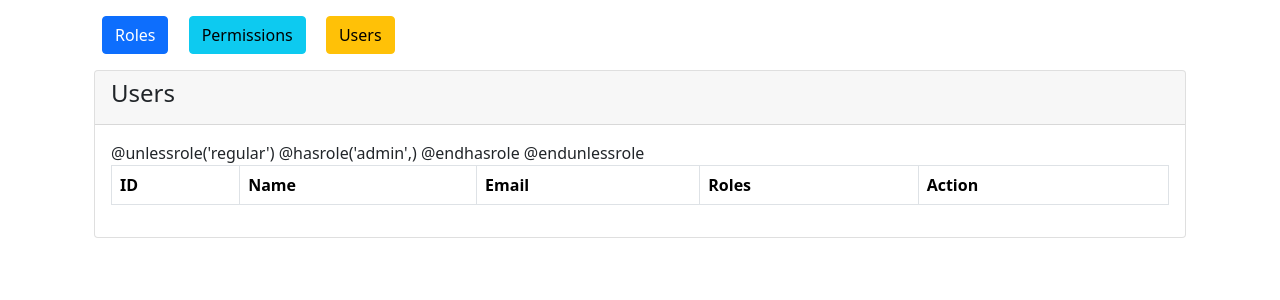
Repository: viisantos/permission_demo
Page: http://localhost/users
An editor plug-in stored every save of this project. The page is shown before and after the next save, followed by the edit.
The browser window is 1280 px wide. The pictures show the whole page.
The page is served by the project's Laravel application, run on PHP 8.4 with Laravel 10. Other server files are loaded and not shown. Queries for data that is not in the repository find no rows.

Above is the page before, as saved 2024-06-22 17:52:39.

### routes/web.php
<?php

use App\Http\Controllers\ProfileController;
use Illuminate\Support\Facades\Route;

/*
|--------------------------------------------------------------------------
| Web Routes
|--------------------------------------------------------------------------
|
| Here is where you can register web routes for your application. These
| routes are loaded by the RouteServiceProvider and all of them will
| be assigned to the "web" middleware group. Make something great!
|
*/

Route::get('/', function () {
    return view('welcome');
});

Route::get('/dashboard', function () {
    return view('dashboard');
})->middleware(['auth', 'verified'])->name('dashboard');

/*
Route::middleware('auth')->group(function () {

});*/

Route::group(['middleware' => ['role:super-admin|admin|regular']], function () {
    Route::get('/profile', [ProfileController::class, 'edit'])->name('profile.edit');
    Route::patch('/profile', [ProfileController::class, 'update'])->name('profile.update');
    Route::delete('/profile', [ProfileController::class, 'destroy'])->name('profile.destroy');
    Route::name('profile.destroy')->middleware('permission:delete role');
    Route::resource('permissions', App\Http\Controllers\PermissionController::class);
    //Route::get('permissions/{permissionId}/delete', [App\Http\Controllers\PermissionController::class, 'destroy']);
    Route::resource('roles', App\Http\Controllers\RoleController::class);
   // Route::get('roles/{roleId}/delete', [App\Http\Controllers\RoleController::class, 'destroy']);
    Route::get('roles/{role}/add-permissions', [App\Http\Controllers\RoleController::class, 'addPermissionToRole'])->name('roles.add-permissions');
    Route::put('roles/{role}/give-permissions', [App\Http\Controllers\RoleController::class, 'givePermissionToRole'])->name('roles.give-permissions');
    Route::resource('users', App\Http\Controllers\UserController::class);
    //Route::get('users/{userId}/delete', [App\Http\Controllers\UserController::class, 'destroy']);
});

require __DIR__.'/auth.php';

### app/Http/Controllers/UserController.php
<?php

namespace App\Http\Controllers;

use Illuminate\Http\Request;
use App\Models\User;
use Illuminate\Support\Facades\Hash;
use Spatie\Permission\Models\Role;

class UserController extends Controller
{
    public function __construct(){
        $this->middleware('permission:delete user', ['only' => ['destroy']]);
        $this->middleware('permission:update user', ['only' => ['update','edit']]);
        $this->middleware('permission:view user',   ['only' => ['index','show']]);
        $this->middleware('permission:create user', ['only' => ['create','store']]);
    }
    public function index(){
        $users = User::get();
        return view('role-permission.user.index', compact('users'));
    }

    public function create(){
        $roles = Role::pluck('name','name')->all();
        return view('role-permission.user.create', compact('roles'));
    }
    public function store(Request $request){
      /*
        $request->validate([
            'name' => 'required|string|max:255',
            'email' => 'required|email|max:255',
            'password' => 'required|string|min:8|max:20',
            'roles' => 'required'
        ]);*/


        $user = User::create([
            'name'  => $request->name,
            'email' => $request->email,
            'password' => Hash::make($request->password),
        ]);


        $user->syncRoles($request->roles);


        return redirect('/users')->with('status','User created successfully with roles');

    }

    public function edit(User $user){
        $roles = Role::pluck('name','name')->all();
        $userRoles = $user->roles->pluck('name','name')->all();
        return view('role-permission.user.edit', compact('user','roles','userRoles'));
    }

    public function update(Request $request, User $user){

        $data = [
            'name'  => $request->name,
            'email' => $request->email
        ];

        if(!empty($request->password)){
            $data += [
                'password' => Hash::make($request->password),
            ];
        }

        $user->update($data);
        $user->syncRoles($request->roles);

        return redirect('/users')->with('status','User updated successfully');
    }

    public function destroy(User $user){
        //$user = User::findOrFail($userId);
        $user->delete();
        return redirect('/users')->with('status','User deleted successfully');
    }
}

### resources/views/role-permission/user/index.blade.php
<head>
    <link href="https://cdn.jsdelivr.net/npm/bootstrap@5.3.2/dist/css/bootstrap.min.css" rel="stylesheet" integrity="sha384-T3c6CoIi6uLrA9TneNEoa7RxnatzjcDSCmG1MXxSR1GAsXEV/Dwwykc2MPK8M2HN" crossorigin="anonymous">
    <link rel="stylesheet" href="https://cdn.jsdelivr.net/npm/bootstrap@5.1.3/dist/css/bootstrap.min.css" />
</head>
@include('role-permission.nav-links')
<div class="container">
    <div class="row">
        <div class="col-md-12">
            @if(session('status'))
                <div class="alert alert-success">
                    {{ session('status') }}
                </div>
            @endif
            <div class="card mt-3">
                <div class="card-header">
                    <h4>Users</h4>
                    @can('create user')
                        <a href="{{ route('users.create') }}" class="btn btn-primary float-end">Add User</a>
                    @endcan
                </div>
                <div class="card-body">
                    <table class="table table-bordered table-striped">
                        <thead>
                            <tr>
                                <th>ID</th>
                                <th>Name</th>
                                <th>Email</th>
                                <th>Roles</th>

                                @unlessrole('regular')
                                    @hasrole('admin',)
                                        <th>Action</th>
                                    @endhasrole
                                @endunlessrole

                            </tr>
                        </thead>
                        <tbody>
                            @foreach($users as $user)
                                <tr>
                                    <td>{{ $user->id }}</td>
                                    <td>{{ $user->name }}</td>
                                    <td>{{ $user->email }}</td>
                                    <td>
                                        @if(!empty($user->getRoleNames()))
                                            @foreach($user->getRoleNames() as $rolename)
                                                <label class="badge bg-primary mx-1">{{ $rolename }}</label>
                                            @endforeach
                                        @endif
                                    </td>
                                    @unlessrole('regular')
                                        @hasrole('admin')
                                            <td>
                                                @can('update user')
                                                    <a href="{{ route('users.edit', ['user' => $user->id]) }}" class="btn btn-success">Edit</a>
                                                @endcan
                                                @can('delete user')
                                                    <form action="{{ route('users.destroy', $user->id) }}" method="POST" style="display: inline;">
                                                        @csrf
                                                        @method('DELETE')
                                                        <button type="submit" class="btn btn-danger">Delete</button>
                                                    </form>
                                                @endcan
                                            </td>
                                        @endhasrole
                                    @endunlessrole
                                </tr>
                            @endforeach
                        </tbody>
                    </table>
                </div>
            </div>
        </div>
    </div>
</div>

### resources/views/role-permission/nav-links.blade.php
<div class="container mt-3">
    <a href="{{ route('roles.index') }}" class="btn btn-primary mx-2">Roles</a>
    <a href="{{ route('permissions.index') }}" class="btn btn-info mx-2">Permissions</a>
    <a href="{{ route('users.index') }}" class="btn btn-warning mx-2">Users</a>
</div>

Loaded but not shown: routes/auth.php (common file); app/Http/Controllers/Auth/EmailVerificationPromptController.php (common file); app/Http/Controllers/Controller.php (common file); app/Http/Controllers/Auth/VerifyEmailController.php (common file); app/Models/User.php (common file)

After the next save:
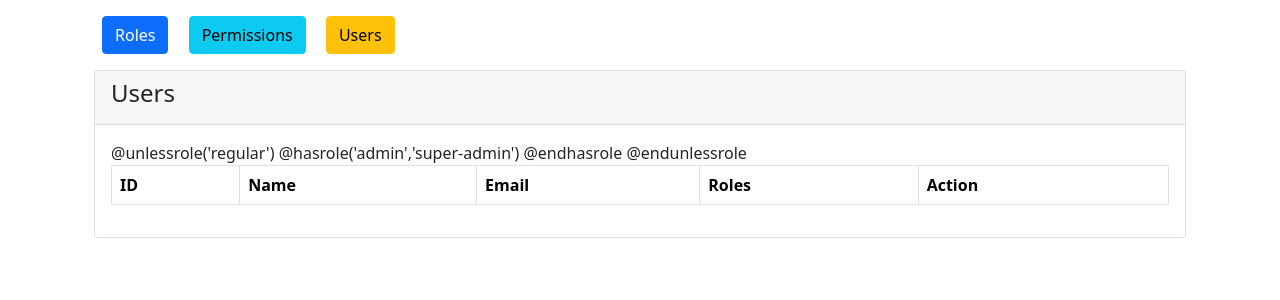
Saved 5 s later.
--- a/resources/views/role-permission/user/index.blade.php
+++ b/resources/views/role-permission/user/index.blade.php
@@ -28,7 +28,7 @@
                                 <th>Roles</th>
 
                                 @unlessrole('regular')
-                                    @hasrole('admin',)
+                                    @hasrole('admin','super-admin')
                                         <th>Action</th>
                                     @endhasrole
                                 @endunlessrole
